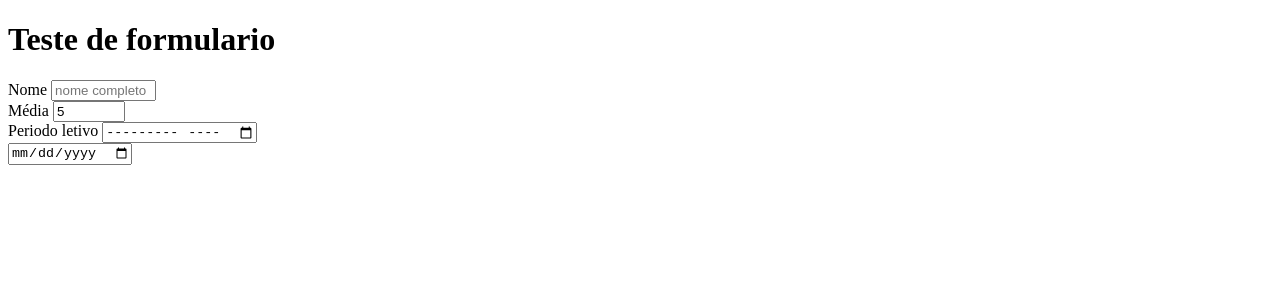
Repository: Lucianorodriguesdev/cursoHTML-CSS
Page: ex025/form003.html
The author's editor kept a copy of each file at every save. The page is drawn from the files as they stood at one save, then again after the next save.
The browser window is 1280 px wide. The pictures show the whole page.

Above is the page before, as saved 2026-07-07 23:27:06.

After the next save:
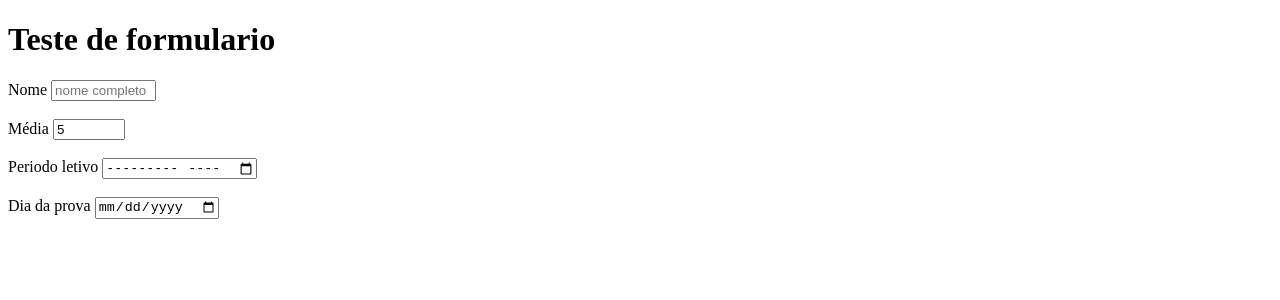
Saved 39 s later.
--- a/ex025/form003.html
+++ b/ex025/form003.html
@@ -10,14 +10,14 @@
    <form action="formulario.php" autocomplete="on">
        <label for="inome" >Nome </label>
         <input type="text" name="nome" id="inome" required autocomplete="username" size="10" placeholder="nome completo">
-<br>
+<br><br>
         <label for="imedia" >Média</label>
         <input type="number" name="media" id="imedia" required min="0" max="10" value="5" step="0.5">
-<br>
+<br><br>
         <label for="iperiodo">Periodo letivo</label>
         <input type="month" name="periodo" id="iperiodo">
-<br>
-        <label for="idia"></label>
+<br><br>
+        <label for="idia">Dia da prova</label>
         <input type="date" name="dia" id="idia">
    </form>
 </body>
